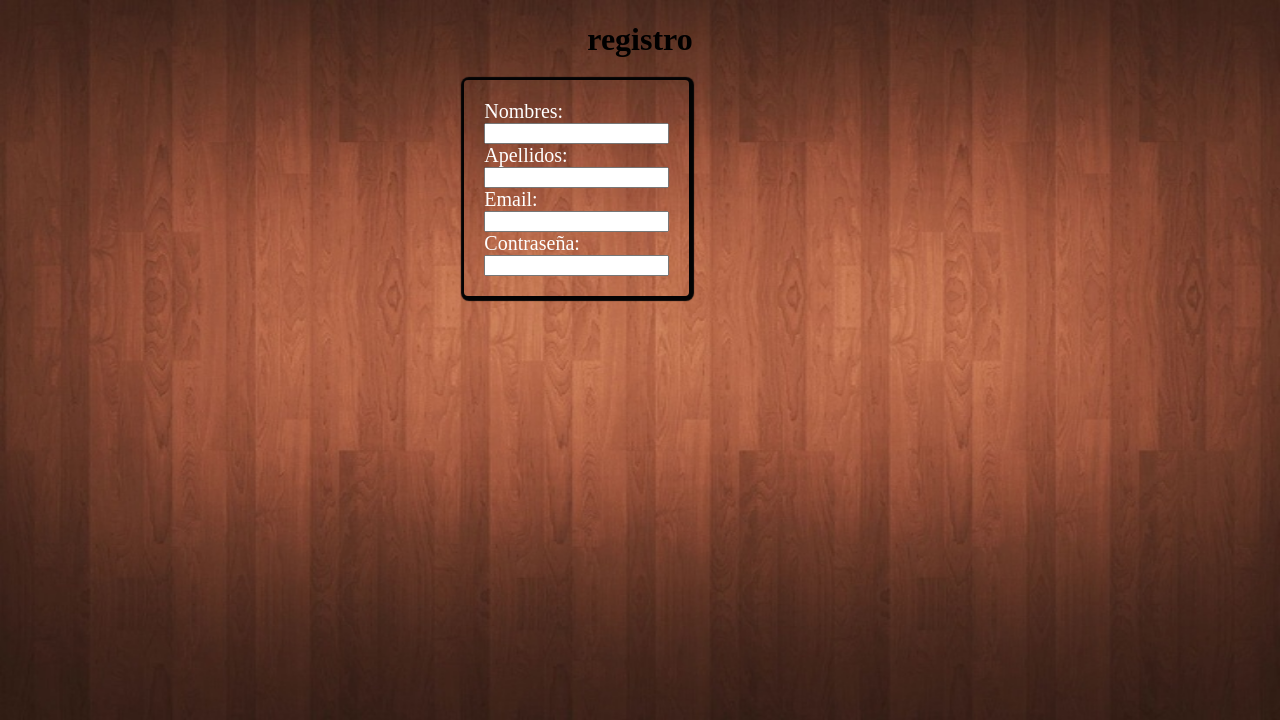
Repository: ye909/aplicacion_restaurante
Page: public/templeis/registro.html
These files come from the project's save history. The page is drawn as it stood at one moment and after the next save; the edit follows.
The browser window is 1280 px wide. The pictures show the whole page.

Above is the page before, as saved 2024-11-12 21:39:57.

After the next save:
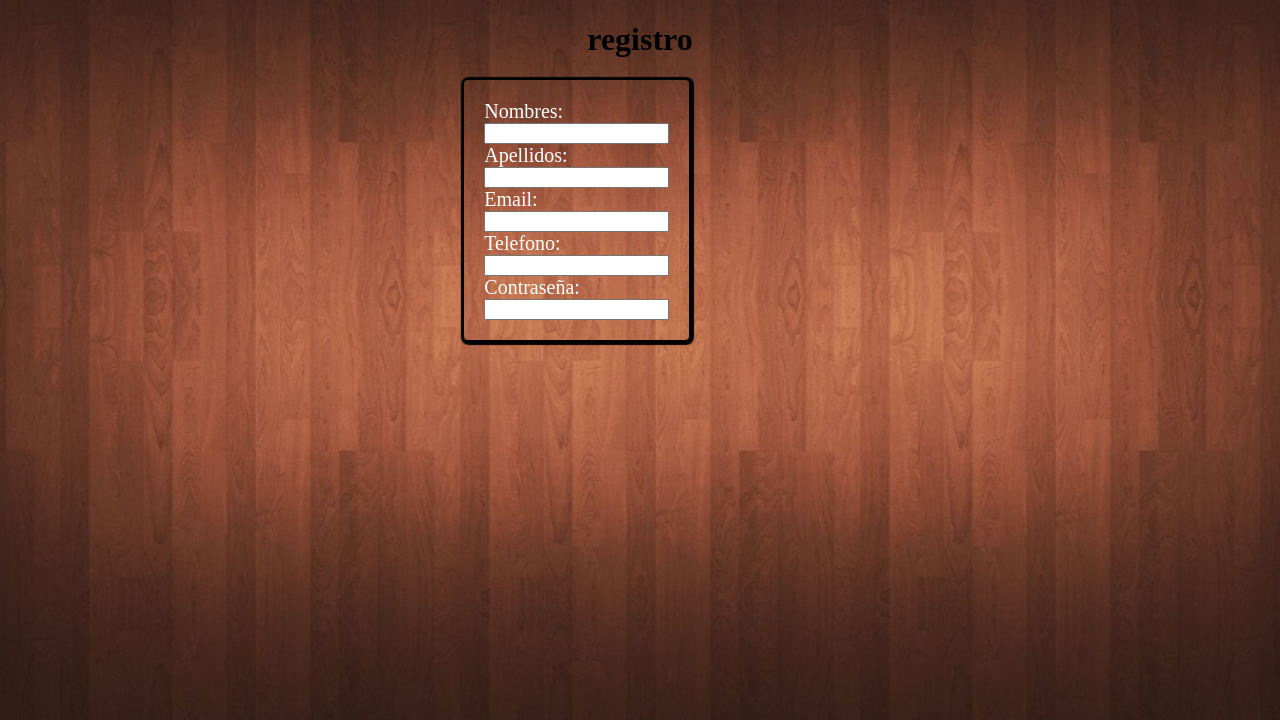
Saved 115 s later.
--- a/public/templeis/registro.html
+++ b/public/templeis/registro.html
@@ -9,7 +9,7 @@
 <body>
     <h1>registro</h1>
     <div class="container_registro">
-        <form action="">
+        <form action="" method="post">
             <label for="nombres">Nombres:</label><br>
             <input type="text" id="nombres" name="nombres" required>
             <br>
@@ -17,7 +17,10 @@
             <input type="text" id="apellidos" name="apellidos" required>
             <br>
             <label for="email">Email:</label><br>
-            <input type="email" id="email" name="email" email>
+            <input type="email" id="email" name="email" >
+            <br>
+            <label for="number">Telefono:</label><br>
+            <input type="number" id="telefono" name="telefono" >
             <br>
             <label for="password">Contraseña:</label><br>
             <input type="password" id="password" name="password">
